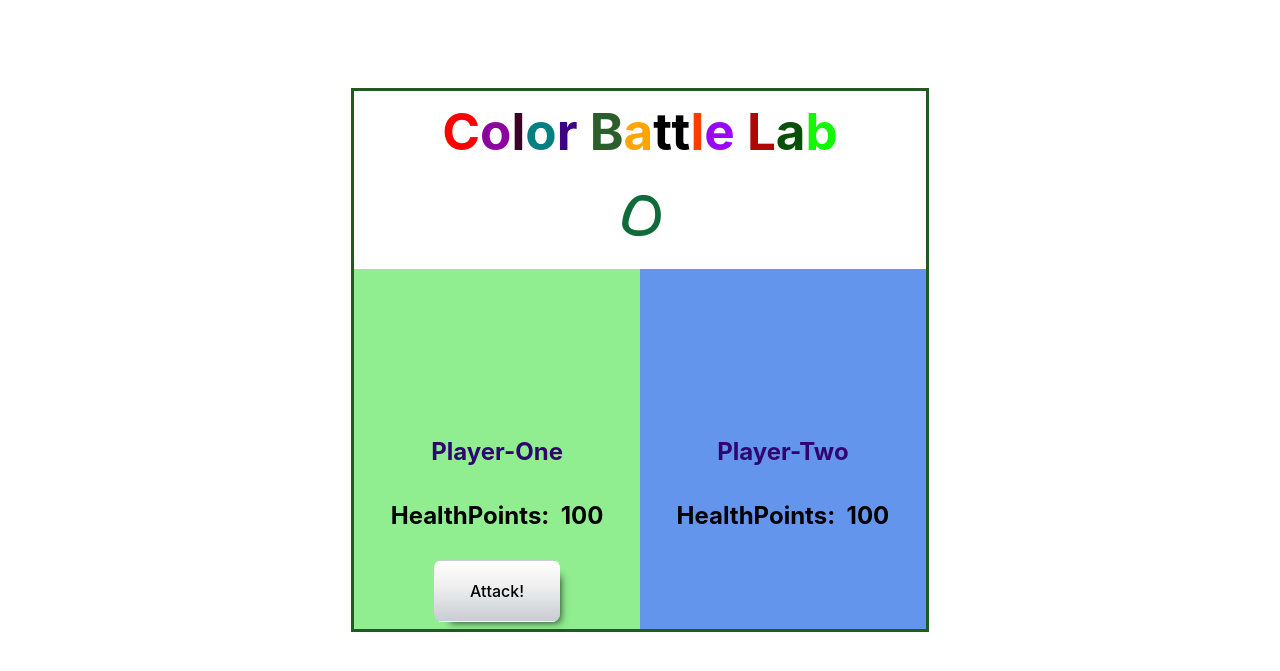
Repository: RAWdevX21/color-battle_lab-build
Page: /
The author's editor kept a copy of each file at every save. The page is drawn from the files as they stood at one save, then again after the next save.
The browser window is 1280 px wide. The pictures show the whole page.
Some web fonts or font styles are not loaded; a fallback is used. The project was rebuilt for these pictures with package versions that can differ from the ones it lists, and the page was loaded fresh each time. Also part of the build but not shown: vite.config.js.

Above is the page before, as saved 2023-08-17 09:32:15.

### index.html
<!doctype html>
<html lang="en">
  <head>
    <meta charset="UTF-8" />
    <link rel="icon" type="image/svg+xml" href="/vite.svg" />
    <link rel="preconnect" href="https://fonts.googleapis.com">
    <link rel="preconnect" href="https://fonts.gstatic.com" crossorigin>
    <link href="https://fonts.googleapis.com/css2?family=Architects+Daughter&family=Short+Stack&family=Tillana&display=swap" rel="stylesheet">
    <meta name="viewport" content="width=device-width, initial-scale=1.0" />
    <title>Color Battle</title>
  </head>
  <body>
    <div id="root"></div>
    <script type="module" src="/src/main.jsx"></script>
  </body>
</html>

### src/App.jsx
import { useState } from "react";
import GameBanner from "./Components/GameBanner";
import Player from "./Components/PlayerInfo";
import "./App.css";

export default function App() {

  const [player1, setPlayer1] = useState({
    name: "Player-One",
    color: "lightgreen",
    healthpoints: 100,
    turn: true
  });

  const [player2, setPlayer2] = useState({
    name: "Player-Two",
    color: "cornflowerblue",
    healthpoints: 100,
    turn: false
  });

  const [dice, setDice] = useState(0);

  const handleAttack = (attacker, defender, setAttacker, setDefender) => {
    console.log("Attack button pressed");
    const damage = Math.floor(Math.random() * 12) + 1;
    console.log("Calculated damage:", damage);
    setDice(damage);

    setDefender((prevDefender) => ({
      ...prevDefender,
      healthpoints: prevDefender.healthpoints - damage
    }));

    setAttacker((prevAttacker) => ({
      ...prevAttacker,
      turn: false
    }));

    // Switch turns
    if (attacker === player1) {
      setPlayer2((prevPlayer2) => ({
        ...prevPlayer2,
        turn: true
      }));
    } else {
      setPlayer1((prevPlayer1) => ({
        ...prevPlayer1,
        turn: true
      }));
    }

    if (defender.healthpoints - damage <= 0) {
      alert(`${attacker.name} wins!`);
    }
  };

  return (
    <div className="game-board">
      <GameBanner damagePoints={dice} />

      <div className="players-container">
        <div className="player-wrapper">
          <Player
            key={player1.name}
            player={player1}
            onAttack={() =>
              handleAttack(player1, player2, setPlayer1, setPlayer2)
            }
          />
        </div>
        <div className="player-wrapper">
          <Player
            key={player2.name}
            player={player2}
            onAttack={() =>
              handleAttack(player2, player1, setPlayer2, setPlayer1)
            }
          />
        </div>
      </div>
    </div>
  );
}

### src/index.css
:root {
  font-family: Inter, system-ui, Avenir, Helvetica, Arial, sans-serif;
  line-height: 1.5;
  font-weight: 400;

  color-scheme: light dark;
  background-color: #242424;

}

body {
  margin: 0;
  display: flex;
  place-items: center;
  min-width: 320px;
  min-height: 100vh;
}

h1 {
  font-size: 3.2em;
  line-height: 1.1;
}

button {
  border-radius: 8px;
  border: 1px solid transparent;
  padding: 0.6em 1.2em;
  font-size: 1em;
  font-weight: 500;
  font-family: inherit;
  background-color: #1a1a1a;
  cursor: pointer;
  transition: border-color 0.25s;
}
button:hover {
  border-color: #646cff;
}
button:focus,
button:focus-visible {
  outline: 4px auto -webkit-focus-ring-color;
}

@media (prefers-color-scheme: light) {
  :root {
    background-color: #ffffff;
  }

  button {
    background-color: #ffffff;
  }
}

### src/Components/GameBanner.jsx
import './GameBanner.css';
import Die from "./Die";

const GameBanner = ({ damagePoints }) => {
    return (
      <div className="banner">
        <h1>
          <span className="banner--c">C</span>
          <span className="banner--o">o</span>
          <span className="banner--l">l</span>
          <span className="banner--o2">o</span>
          <span className="banner--r">r</span>
          &nbsp;
          <span className="banner--b">B</span>
          <span className="banner--a">a</span>
          <span className="banner--t">t</span>
          <span className="banner--t">t</span>
          <span className="banner--l2">l</span>
          <span className="banner--e">e</span>
          &nbsp;
          <span className="banner--l3">L</span>
          <span className="banner--a2">a</span>
          <span className="banner--b2">b</span>
        </h1>
        <div className="damage-points">
          <Die value={damagePoints} />
        </div>
      </div>
    );
}

export default GameBanner;

### src/Components/PlayerInfo.jsx
import "./PlayerInfo.css";

const Player = ({ player, onAttack }) => {

  console.log(`${player.name}'s HealthPoints:`, player.healthpoints);

  return (
    <div className="player" style={{ backgroundColor: player.color }}>
      <h2>{player.name}</h2>
      <p
        className="hp"
        style={{ fontSize: "1.5rem", fontWeight: "bold", color: "black" }}>
        HealthPoints: &nbsp;{player.healthpoints}
      </p>
      {player.turn && (
        <button className="attack-button" onClick={onAttack}>
          Attack!
        </button>
      )}
    </div>
  );
};

export default Player;

### src/App.css
#root {
  margin: 0 auto;
  text-align: center;
  border: 3px solid rgba(3, 69, 3, 0.884);
}

h2 {
  color: rgb(49, 5, 112);
}

.players-container {
  display: flex;
  align-items: stretch;
}

.player-wrapper {
  flex: 1;
  height: 50vh;
  min-height: 50vh;
  box-sizing: border-box;
  overflow: hidden;
}

### src/Components/GameBanner.css
.banner {
    text-align: center;
    padding: 1em 5.5rem;
    background-color: #ffffff;
    color: black;
}

.damage-points {
    margin-top: 10px;
    font-size: 6rem;
}

h1 {
    margin-top: -0.25rem;
}

.banner h1 span.banner--c { color: red; }
.banner h1 span.banner--o { color: rgb(140, 4, 158); }
.banner h1 span.banner--l { color: rgb(60, 1, 38); }
.banner h1 span.banner--o2 { color: teal; }
.banner h1 span.banner--r { color: rgb(62, 5, 131); }
.banner h1 span.banner--b { color: rgb(43, 94, 43); }
.banner h1 span.banner--a { color: orange; }
.banner h1 span.banner--t { color: black; }
.banner h1 span.banner--l2 { color: rgb(255, 60, 0); }
.banner h1 span.banner--e { color: rgb(153, 7, 245); }
.banner h1 span.banner--l3 { color: rgb(172, 8, 8); }
.banner h1 span.banner--a2 { color: rgb(8, 80, 8); }
.banner h1 span.banner--b2 { color: rgb(17, 250, 1); }

### src/Components/Die.jsx
import "./Die.css";

const Die = ({ value }) => {
  return <div className="die-container">{value}</div>;
};

export default Die;

### src/Components/PlayerInfo.css
div.player {
    height: 30rem;
    padding-top: 50%;
    line-height: 2.5rem;
}

.player {
    padding: 20px;
    box-sizing: border-box;
    background-color: #f5f5f5;
}

.attack-button {
    padding: 20px 35px;
    background-color: rgb(242, 229, 229);
    color: black;
    background: #FFFFFF;
    background: -moz-linear-gradient(top, #FFFFFF 0%, #EEEEEE 44%, #C7CDD2 100%);
    background: -webkit-linear-gradient(top, #FFFFFF 0%, #EEEEEE 44%, #C7CDD2 100%);
    background: linear-gradient(to bottom, #FFFFFF 0%, #EEEEEE 44%, #C7CDD2 100%);
    -webkit-box-shadow: 8px 8px 8px -8px rgba(0,0,0,0.85);
    box-shadow: 8px 8px 8px -8px rgba(0,0,0,0.85);
    cursor: pointer;
}

### src/Components/Die.css
.die-container {
    font-family: 'Short Stack', 'Architects Daughter', 'Tillana', cursive;
    color: rgb(16, 107, 59);
    width: 50px;
    height: 50px;
    display: flex;
    align-items: center;
    justify-content: center;
    font-size: 4rem;
    font-weight: bold;
    margin: 10px auto;
    background-image: url('../assets/pow.png');
}

Loaded but not shown: src/main.jsx (common file)

After the next save:
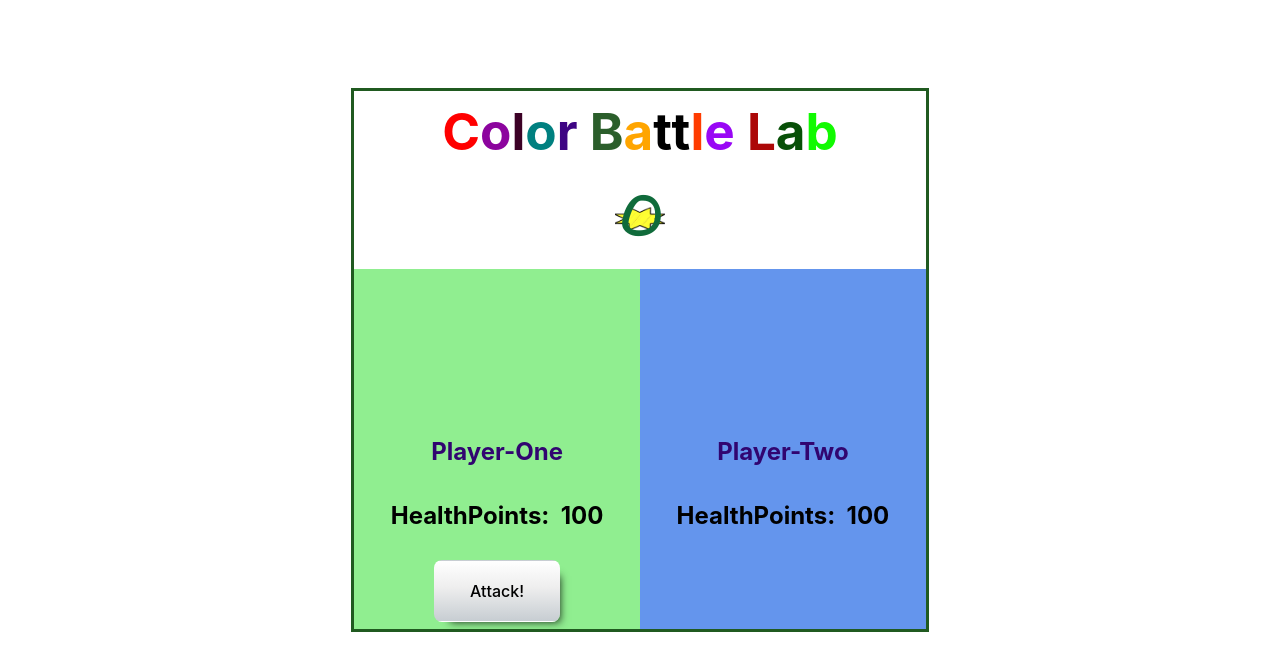
Saved 52 s later.
--- a/src/Components/Die.css
+++ b/src/Components/Die.css
@@ -10,4 +10,7 @@
     font-weight: bold;
     margin: 10px auto;
     background-image: url('../assets/pow.png');
+    background-size: cover;
+    background-position: center;
+    background-repeat: no-repeat
 }
